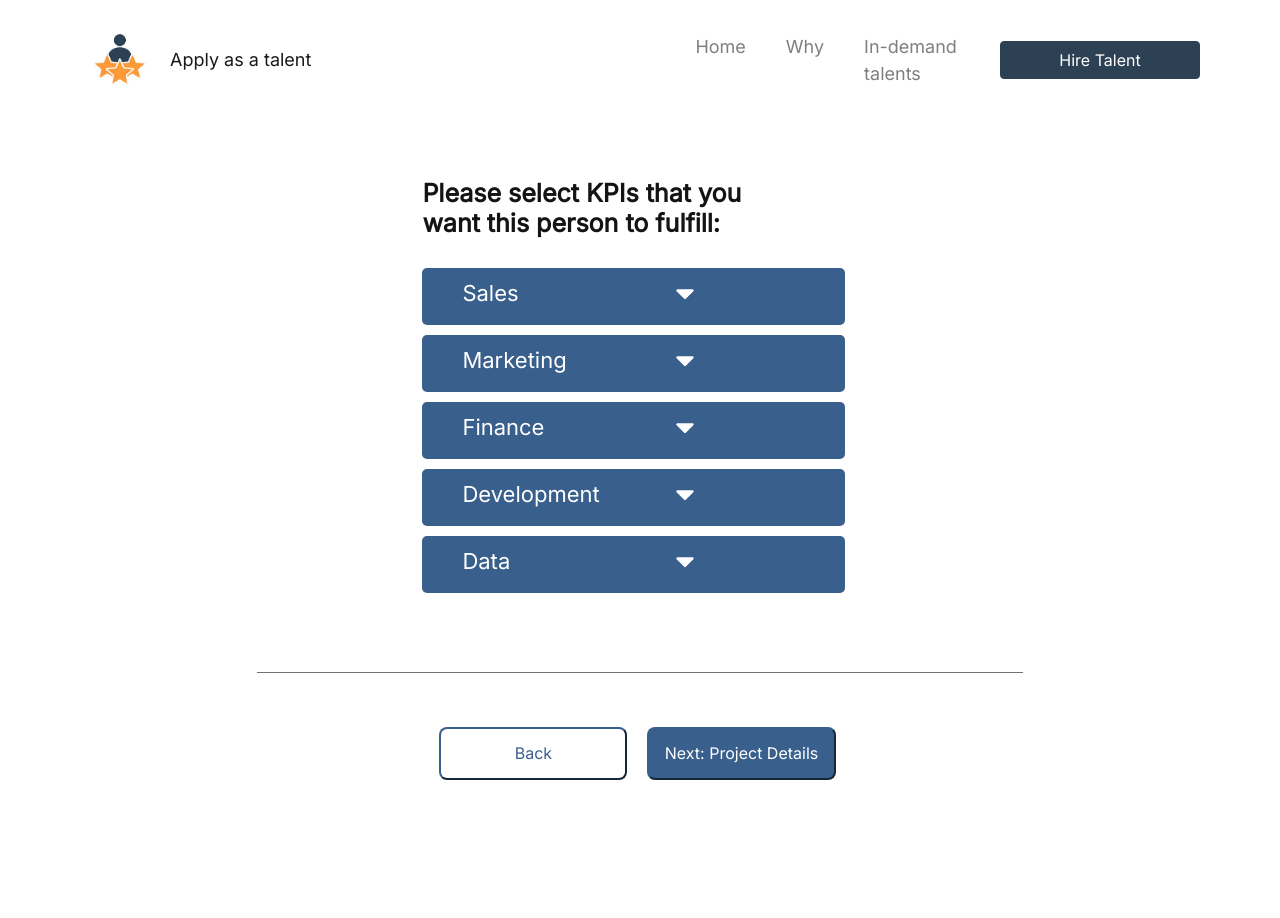
Repository: Ashwe9/talent-hire-reactJs
Page: /kpis
These files come from the project's save history. The page is drawn as it stood at one moment and after the next save; the edit follows.
The browser window is 1280 px wide. The pictures show the whole page.
The project was rebuilt for these pictures with package versions that can differ from the ones it lists, and the page was loaded fresh each time. Also part of the build but not shown: src/homePage/components/TrustedBy/TrustedBy.css, src/homePage/components/TrustedBy/TrustedBy.js, src/homePage/components/Roles/Roles.css, src/homePage/components/Roles/Roles.js, src/homePage/components/homePageFooter/HomePageFooter.css, src/homePage/components/homePageFooter/HomePageFooter.js, src/homePage/HomePage.js, src/kpisPage/Talents.css and 2 more.

Above is the page before, as saved 2022-08-18 19:58:52.

After the next save:
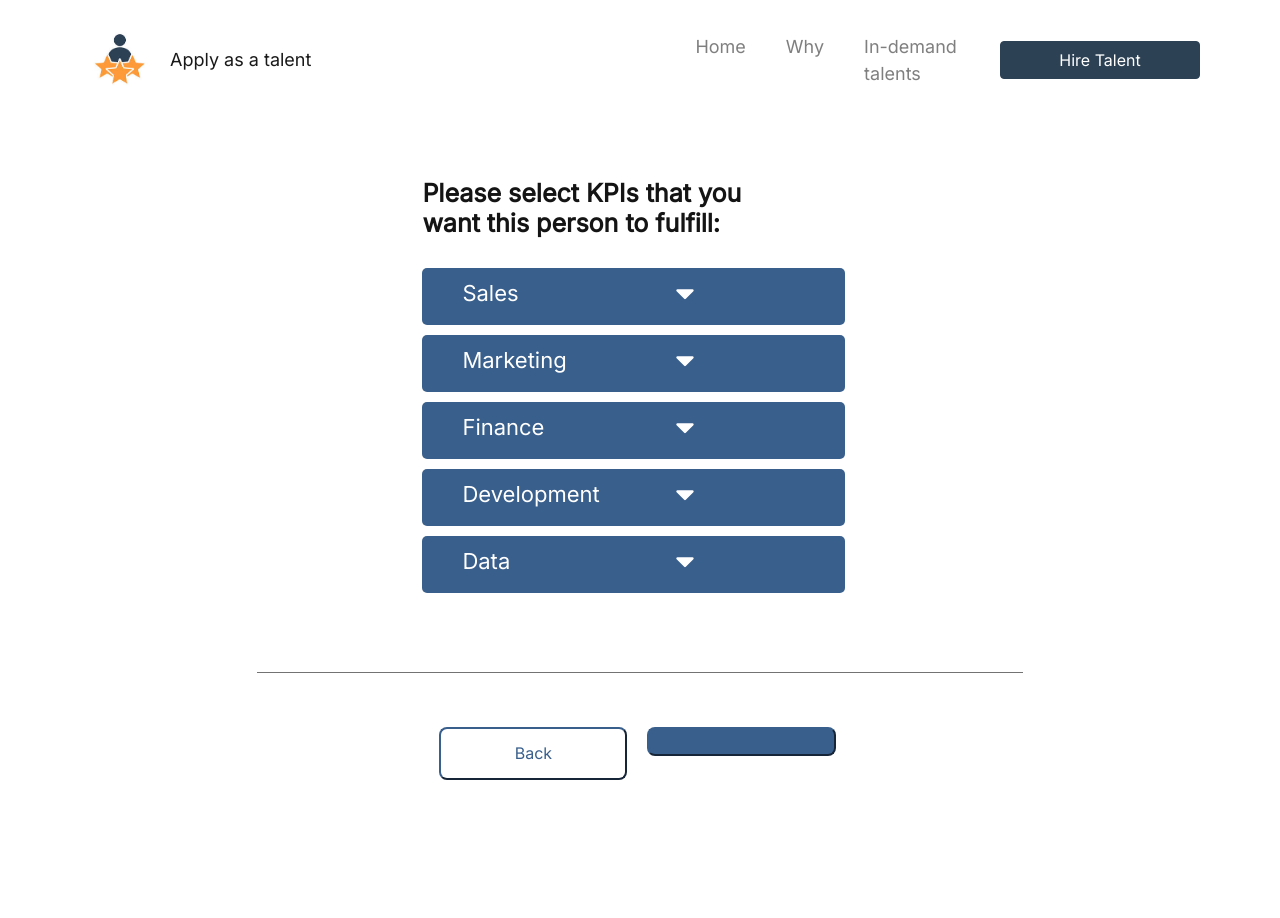
Saved 40 h 30 min later.
--- a/src/shared-components/Footer/Footer.js
+++ b/src/shared-components/Footer/Footer.js
@@ -1,6 +1,6 @@
 import React from 'react'
 import './Footer.css'
-import { useNavigate  } from 'react-router-dom'
+import { Link, useNavigate  } from 'react-router-dom'
 
 
 export  const Footer = ({nextTitle, nextPath}) => {
@@ -18,9 +18,9 @@ export  const Footer = ({nextTitle, nextPath}) => {
 
               <button className='Footer-button-next'
               onClick={() => {
-                navigate({nextPath});
+                <Link to={nextPath}>{nextTitle}</Link>;
               } }
-                >{nextTitle}</button>
+                ></button>
         </div>
         </div>
       </footer>

After the save that followed:
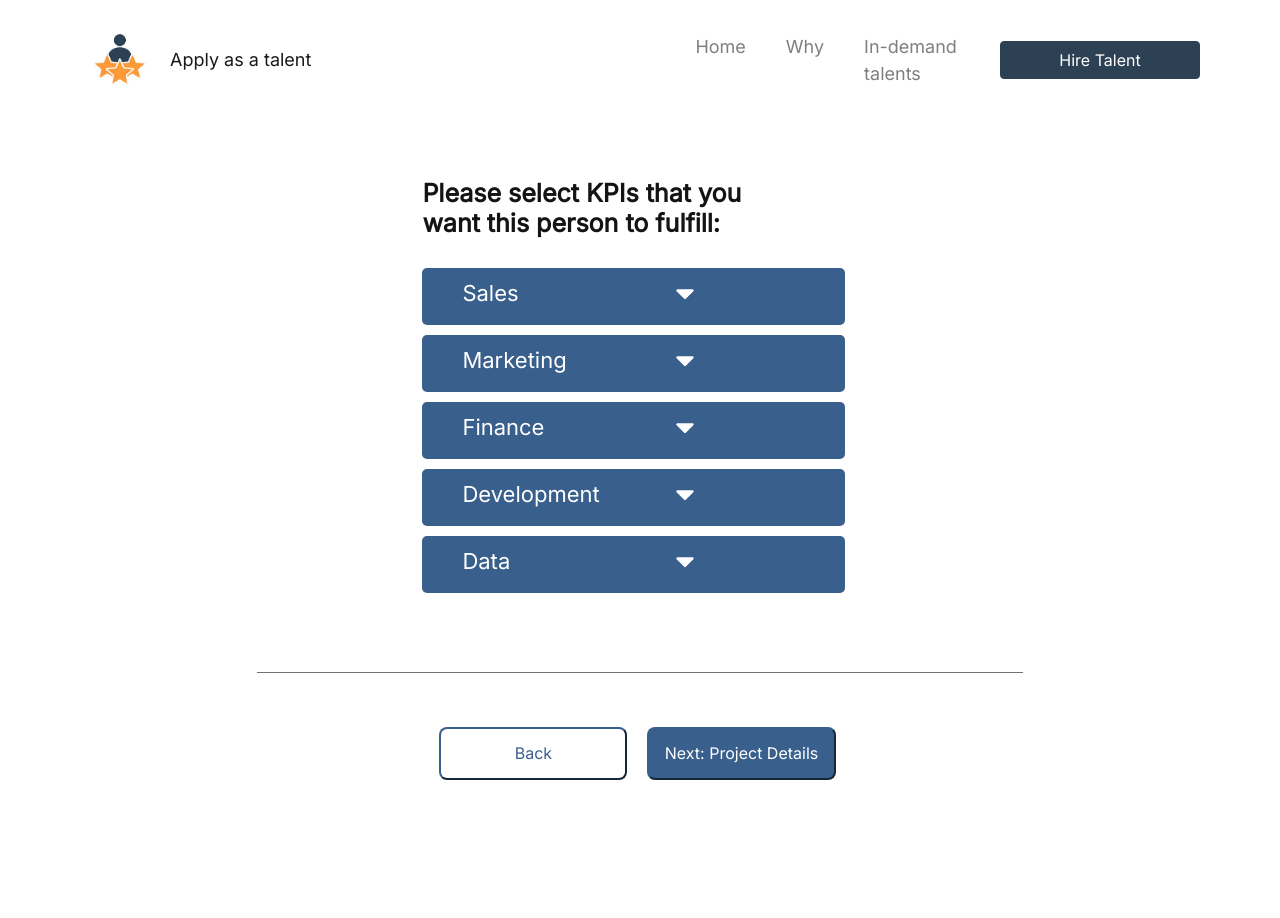
Saved 2 min 5 s later.
--- a/src/shared-components/Footer/Footer.js
+++ b/src/shared-components/Footer/Footer.js
@@ -1,6 +1,6 @@
 import React from 'react'
 import './Footer.css'
-import { Link, useNavigate  } from 'react-router-dom'
+import { useNavigate  } from 'react-router-dom'
 
 
 export  const Footer = ({nextTitle, nextPath}) => {
@@ -18,9 +18,9 @@ export  const Footer = ({nextTitle, nextPath}) => {
 
               <button className='Footer-button-next'
               onClick={() => {
-                <Link to={nextPath}>{nextTitle}</Link>;
+                navigate({nextPath});
               } }
-                ></button>
+                >{nextTitle}</button>
         </div>
         </div>
       </footer>
